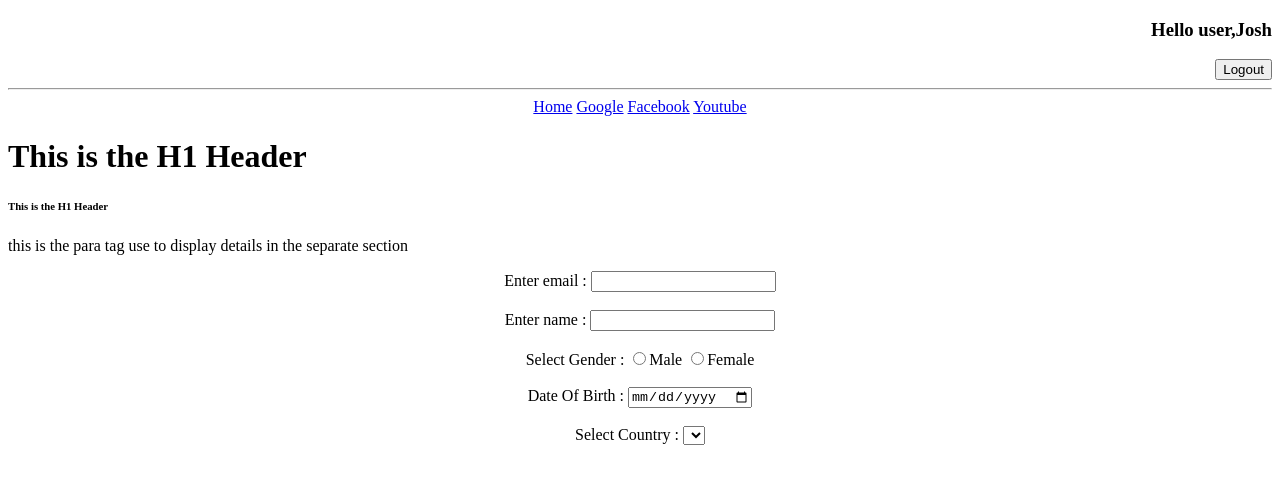
Repository: devandevare/Java
Page: Adv Java/Projects/first-web-app/src/main/webapp/demo.html
An editor plug-in stored every save of this project. The page is shown before and after the next save, followed by the edit.
The browser window is 1280 px wide. The pictures show the whole page.

Above is the page before, as saved 2022-09-25 05:55:51.

After the next save:
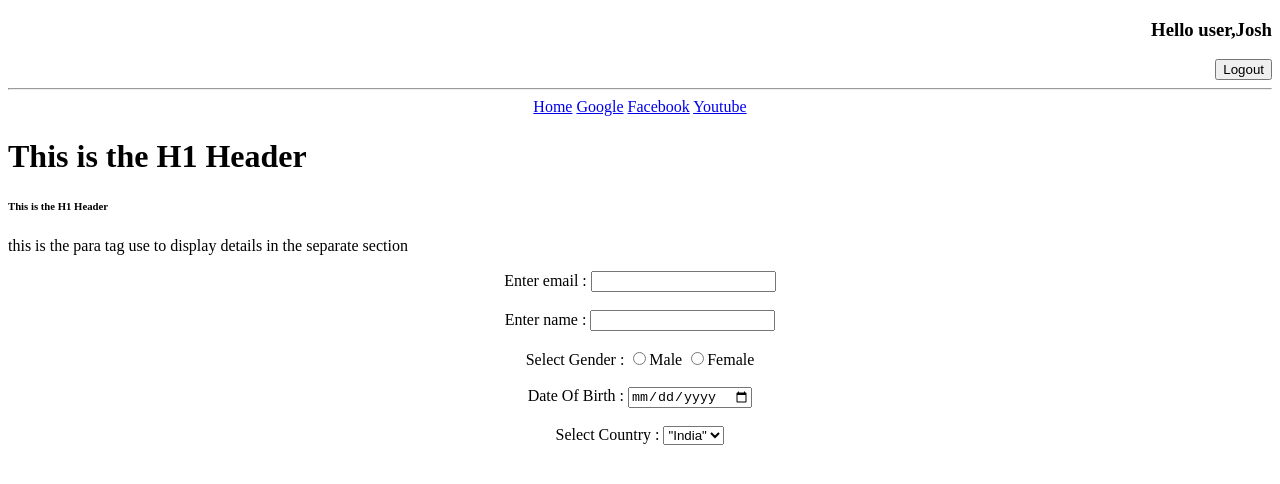
Saved 65 s later.
--- a/Adv Java/Projects/first-web-app/src/main/webapp/demo.html
+++ b/Adv Java/Projects/first-web-app/src/main/webapp/demo.html
@@ -46,9 +46,10 @@
 		<br/>
 			<label>Select Country :</label>
 			<select name="country">
-			<option value="India">
-			<option value="UK">
-			<option value="India">
+			<option value="India">"India"</option>
+			<option value="UK">UK</option>
+			<option value="US">Us</option>
+			<option value="aus">Aus</option>
 			</select>
 		</form>
 		</div>
